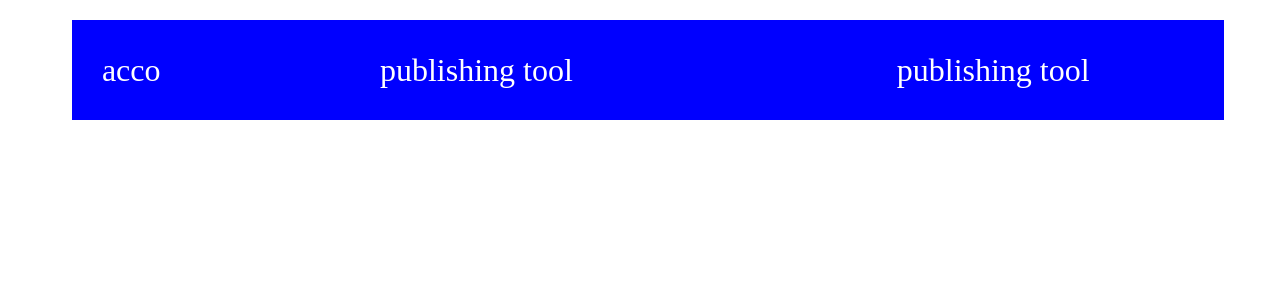
Repository: wimkinnet/Acco_Publish
Page: index.html
The author's editor kept a record of every edit. The page is drawn from the files as they stood at one moment, then again after the next edit.
The browser window is 1280 px wide. The pictures show the whole page.

Above is the page before.

### index.html
<!DOCTYPE html>
<html>
  <head>
    <title>Publish Tool - Main page</title>
    <meta charset = "utf-8">
    <style>
      .page-header {
        width: 90vw;
        margin: 20px 5vw 20px 5vw;
        background: blue;
        height: 100px;
      }
      .page-header table {
        width: 100%;
        height: 100%;
      }
      .page-header td {
        display: table-cell;
        height: 100%;
        color: white;
        font-size: 2rem;
        text-align: center;
        vertical-align: middle;
      }
      .page-header a {
        text-decoration: none;
        color: white;
      }
    </style>
  </head>
  <body>
    <div class="page-header">
      <table>
        <tr>
          <td width="10%">
            <a href="http://www.acco.be" target="_blank" >acco</a>
          </td>
          <td width="50%">
            publishing tool
          </td>
          <td width="40%">
            publishing tool
          </td>
        </tr>
      </table>
    </div>
  </body>
</html>

After the next edit:
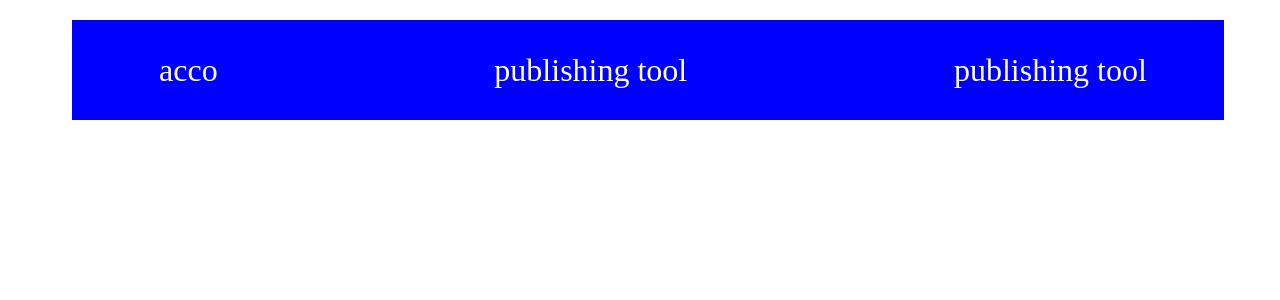
The edit:
--- a/index.html
+++ b/index.html
@@ -32,7 +32,7 @@
     <div class="page-header">
       <table>
         <tr>
-          <td width="10%">
+          <td width="20%">
             <a href="http://www.acco.be" target="_blank" >acco</a>
           </td>
           <td width="50%">
